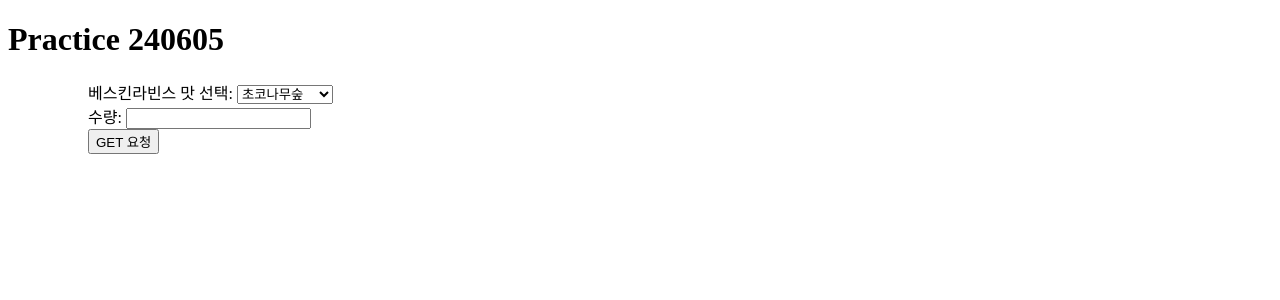
Repository: yeeeeeeer/05_servlet
Page: http://localhost/practice240605-handler/
An editor plug-in stored every save of this project. The page is shown before and after the next save, followed by the edit.
The browser window is 1280 px wide. The pictures show the whole page.
The page is served by Tomcat 10. Nobody is signed in. The application's start-up code is not run.

Above is the page before, as saved 2024-06-05 07:14:41.

After the next save:
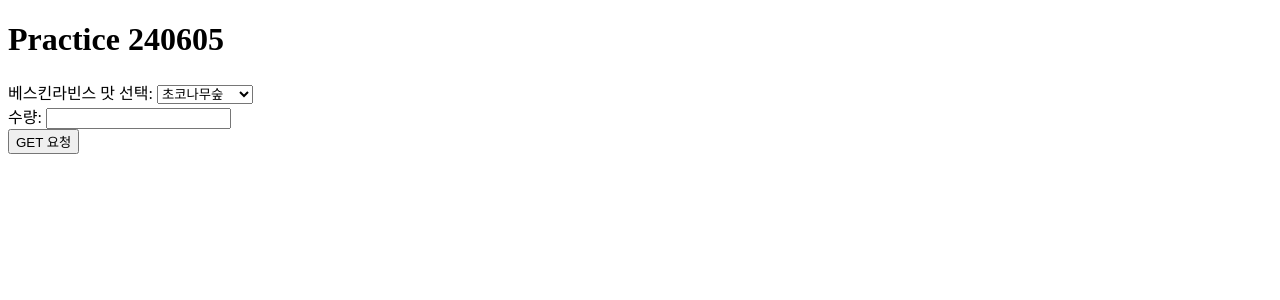
Saved 2 min 38 s later.
--- a/practice240605-handler/src/main/webapp/index.jsp
+++ b/practice240605-handler/src/main/webapp/index.jsp
@@ -1,5 +1,5 @@
 <%@ page language="java" contentType="text/html; charset=UTF-8"
-    pageEncoding="UTF-8"%>
+	pageEncoding="UTF-8"%>
 <!DOCTYPE html>
 <html>
 <head>
@@ -8,27 +8,21 @@
 </head>
 <body>
 
-<h1>Practice 240605</h1>
+	<h1>Practice 240605</h1>
 
-<ul>
+		<form action="practice240605" method="get">
 
-<ul>
-<form action="practice240605" method="get">
+			<label>베스킨라빈스 맛 선택: </label> <select name="flavar">
+				<option value="choco">초코나무숲</option>
+				<option value="mint">민트초콜릿칩</option>
+				<option value="mom">엄마는외계인</option>
+				<option value="etc">기타</option>
+			</select><br>
+			<label>수량: </label><input type="text" name="count"><br>
+			<input type="submit" value="GET 요청">
 
-		<label>베스킨라빈스 맛 선택: </label>
-			<select name="flavar">
-			<option value="choco">초코나무숲</option>
-			<option value="mint">민트초콜릿칩</option>
-			<option value="mom">엄마는외계인</option>
-			<option value="etc">기타</option>
-		</select><br>
+		</form>
 
-		<label>수량: </label><input type="text" name="count"><br>
-		<input type="submit" value="GET 요청">
-
-	</form>
-
-</ul>
 
 </body>
 </html>
